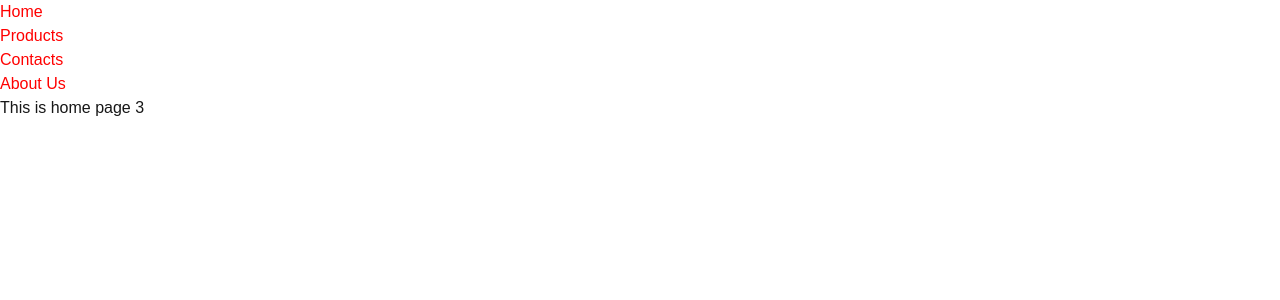
Repository: mohsin86/nextjs-vercel-demo-project
Page: /
These files come from the project's save history. The page is drawn as it stood at one moment and after the next save; the edit follows.
The browser window is 1280 px wide. The pictures show the whole page.
The project was rebuilt for these pictures with package versions that can differ from the ones it lists, and the page was loaded fresh each time. The framework's server and built-in components were replaced by stand-ins that run in the browser. Also part of the build but not shown: next.config.ts.

Above is the page before, as saved 2026-04-28 16:28:04.

After the next save:
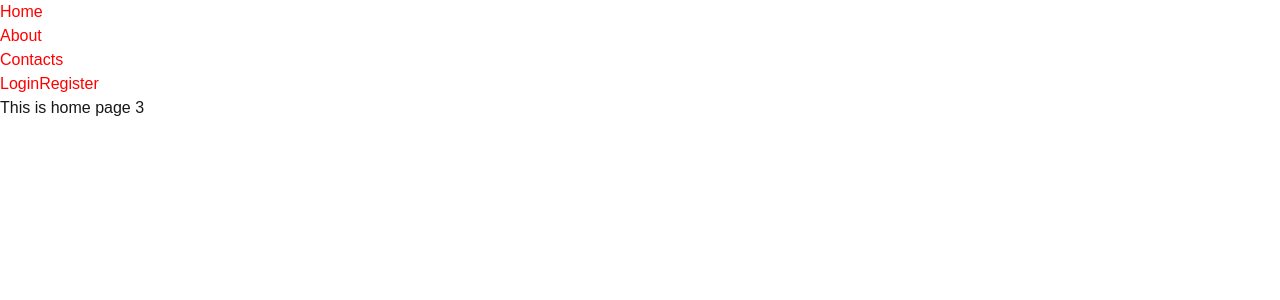
Saved 2 min 3 s later.
--- a/app/page.tsx
+++ b/app/page.tsx
@@ -1,16 +1,13 @@
 import Image from "next/image";
 import Link from 'next/link'
+import Navigation from '@/components/Navigation';
+
 
 export default function Home() {
   return (
     <div className="grid grid-rows-[20px_1fr_20px] items-center justify-items-center min-h-screen p-8 pb-20 gap-16 sm:p-20 font-[family-name:var(--font-geist-sans)]">
       <div className="text-sm text-gray-500 row-start-3 test">
-         <ul>
-                <li><Link href="/">Home</Link></li>
-                <li><Link href="/products/">Products</Link></li>
-                <li><Link href="/contacts/">Contacts</Link></li>
-                <li><Link href="/about">About Us</Link></li>
-            </ul>
+         <Navigation />
         </div>
       <main className="flex flex-col gap-8 row-start-2 items-center sm:items-start">
         This is home page 3
